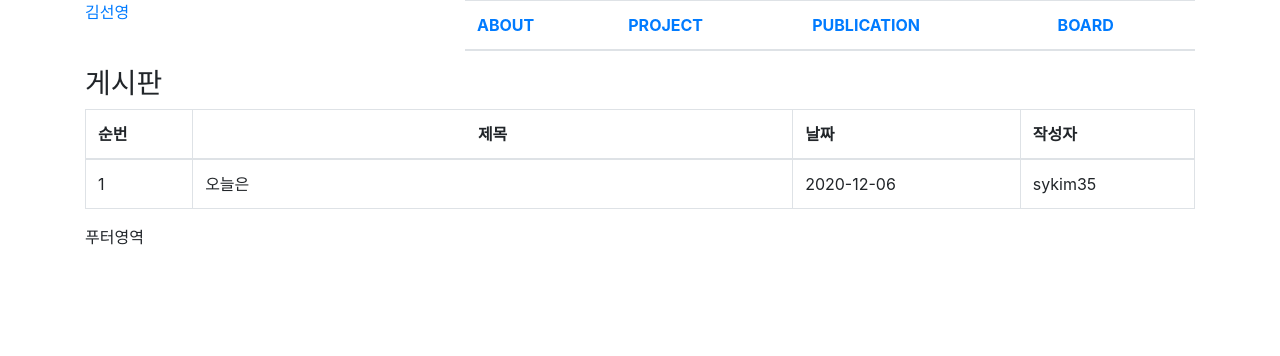
Repository: supremest35/web-projects
Page: http://localhost/noticeboard/board/list.jsp?pno=1
An editor plug-in stored every save of this project. The page is shown before and after the next save, followed by the edit.
The browser window is 1280 px wide. The pictures show the whole page.
The page is served by Tomcat 9. Other server files are loaded and not shown.

Above is the page before, as saved 2020-12-06 03:52:07.

### noticeboard/WebContent/board/list.jsp
<%@ page language="java" contentType="text/html; charset=UTF-8"
    pageEncoding="UTF-8"%>
<!DOCTYPE html>
<html lang="ko">
<head>
  <title>Bootstrap 4 Example</title>
  <meta charset="utf-8">
  <meta name="viewport" content="width=device-width, initial-scale=1">
  <link rel="stylesheet" href="https://maxcdn.bootstrapcdn.com/bootstrap/4.5.2/css/bootstrap.min.css">
  <script src="https://ajax.googleapis.com/ajax/libs/jquery/3.5.1/jquery.min.js"></script>
  <script src="https://cdnjs.cloudflare.com/ajax/libs/popper.js/1.16.0/umd/popper.min.js"></script>
  <script src="https://maxcdn.bootstrapcdn.com/bootstrap/4.5.2/js/bootstrap.min.js"></script>
  <style>

  	#title {
  		width:600px;
  		text-align: center;
  	}
  </style>
</head>
<body>
<div class="container">
	<div class="row">
		<div class="col-2"><a href="index.jsp">김선영</a></div>
		<div class="col-2"></div>
		<div class="col-8">
			<table class="table">
				<thead>
					<tr>
						<th><a href="">ABOUT</a></th>
						<th><a href="">PROJECT</a></th>
						<th><a href="">PUBLICATION</a></th>
						<th><a href="board/list.jsp">BOARD</a></th>
					</tr>
				</thead>
			</table>
		</div>
	</div>
	<div class="row">
		<div class="col-12"><h3>게시판</h3></div>
		<div class="col-12">
			<div class="table">
				<table class="table table-bordered table-hover">
					<thead>
						<tr>
							<th>순번</th>
							<th id="title">제목</th>
							<th>날짜</th>
							<th>작성자</th>
						</tr>
					</thead>
					<tbody>
						<tr>
							<td>1</td>
							<td>오늘은</td>
							<td>2020-12-06</td>
							<td>sykim35</td>
						</tr>
					</tbody>
				</table>
			</div>
		</div>
	</div>
	<div class="row">
		<div class="col-12">푸터영역</div>
	</div>
</div>
</body>
</html>

After the next save:
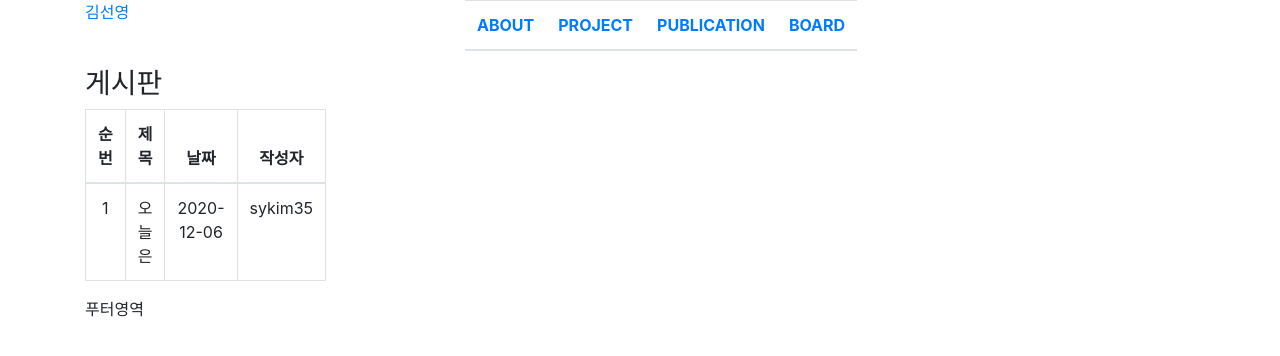
Saved 33 s later.
--- a/noticeboard/WebContent/board/list.jsp
+++ b/noticeboard/WebContent/board/list.jsp
@@ -14,6 +14,10 @@
 
   	#title {
   		width:600px;
+  		text-align: center;
+  	}
+  	.table {
+  		width:100px;
   		text-align: center;
   	}
   </style>

After the save that followed:
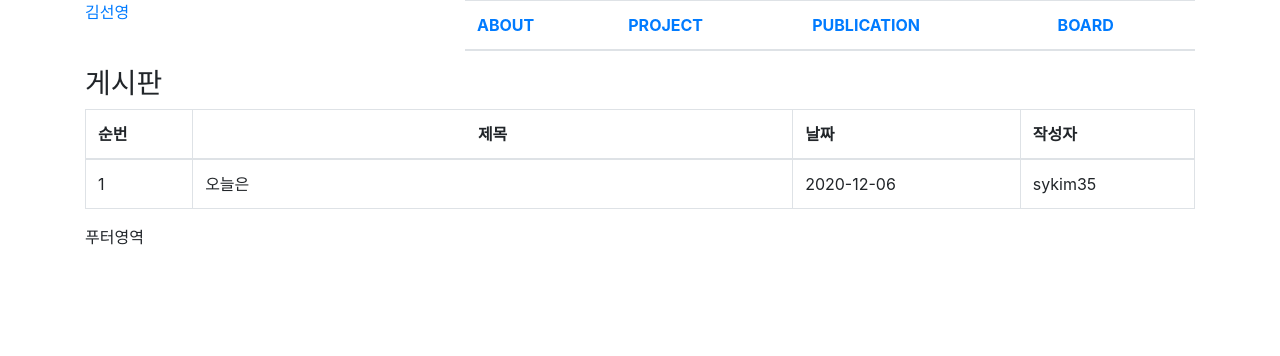
Saved 27 s later.
--- a/noticeboard/WebContent/board/list.jsp
+++ b/noticeboard/WebContent/board/list.jsp
@@ -16,10 +16,7 @@
   		width:600px;
   		text-align: center;
   	}
-  	.table {
-  		width:100px;
-  		text-align: center;
-  	}
+
   </style>
 </head>
 <body>
